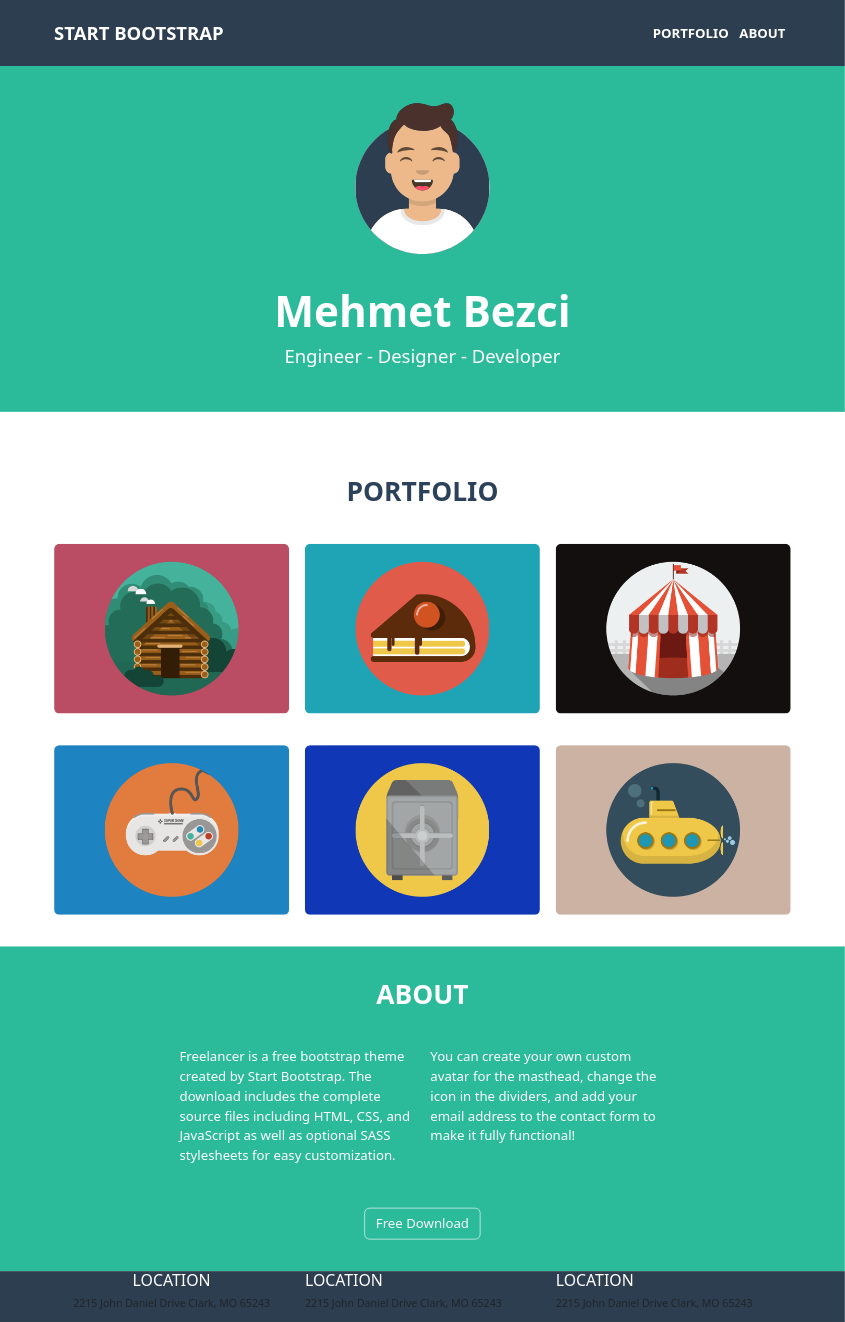
Repository: 7JaxeN7/WT-1255P-Mehmet_BEZC-
Page: index.html
An editor plug-in stored every save of this project. The page is shown before and after the next save, followed by the edit.
The browser window is 1280 px wide. The pictures show the whole page, at 66% of full size.

Above is the page before, as saved 2025-01-07 00:35:04.

### index.html
<!DOCTYPE html>
<html lang="tr">

<head>
  <meta charset="UTF-8">
  <meta name="viewport" content="width=device-width, initial-scale=1.0">
  <link rel="stylesheet" href="style.css">
  <link href="https://cdn.jsdelivr.net/npm/bootstrap@5.3.3/dist/css/bootstrap.min.css" rel="stylesheet"
    integrity="sha384-QWTKZyjpPEjISv5WaRU9OFeRpok6YctnYmDr5pNlyT2bRjXh0JMhjY6hW+ALEwIH" crossorigin="anonymous">
  <title>Start Bootstrap</title>
</head>

<body>
  <!-- Navbar -->
  <header>
    <nav class="navbar navbar-expand-lg navbar-bg">
      <div class="container pt-3 pb-3">
        <a class="navbar-brand text-white fw-bolder fs-3" href="#">START BOOTSTRAP</a>
        <button class="navbar-toggler" type="button" data-bs-toggle="collapse" data-bs-target="#navbarNav"
          aria-controls="navbarNav" aria-expanded="false" aria-label="Toggle navigation">
          <span class="navbar-toggler-icon"></span>
        </button>
        <div class="collapse navbar-collapse" id="navbarNav">
          <ul class="navbar-nav ms-auto">
            <li class="nav-item">
              <a class="nav-link text-white fw-bolder fs-5" href="#">PORTFOLIO</a>
            </li>
            <li class="nav-item">
              <a class="nav-link text-white fw-bolder fs-5" href="#">ABOUT</a>
            </li>
          </ul>
        </div>
      </div>
    </nav>
  </header>
  <!-- Herosection -->
  <div class="herosection-bg pt-5 pb-5">
    <div class="container text-center">
      <img src="/assets/img/avataaars.svg" width="20%" />
      <h1 class="mt-5 text-white fw-bolder display-3">Mehmet Bezci</h1>
      <p class="text-white fs-3">Engineer - Designer - Developer</p>
    </div>
  </div>
  <!-- Portfolio -->
  <div class="portfolio-section">
    <h2 class="text-center mt-5 pt-5 pb-5 fs-1 fw-semibold portfolio-tittle">PORTFOLIO</h2>
    <div class="container">
      <div class="row">
        <div class="col-12 col-md-6 col-lg-4 mb-5">
          <img src="/assets/img/cabin.png" class="img-fluid rounded-3">
        </div>
        <div class="col-12 col-md-6 col-lg-4 mb-5">
          <img src="/assets/img/cake.png" class="img-fluid rounded-3">
        </div>
        <div class="col-12 col-md-6 col-lg-4 mb-5">
          <img src="/assets/img/circus.png" class="img-fluid rounded-3">
        </div>
        <div class="col-12 col-md-6 col-lg-4 mb-5">
          <img src="/assets/img/game.png" class="img-fluid rounded-3">
        </div>
        <div class="col-12 col-md-6 col-lg-4 mb-5">
          <img src="/assets/img/safe.png" class="img-fluid rounded-3">
        </div>
        <div class="col-12 col-md-6 col-lg-4 mb-5">
          <img src="/assets/img/submarine.png" class="img-fluid rounded-3">
        </div>
      </div>
    </div>
  </div>
  <!-- About -->
  <div class="about-section">
    <div class="container">
      <h2 class="about-tittle fs-1 fw-semibold text-center pt-5 pb-5"> ABOUT</h2>
      <div class="row justify-content-center">
        <div class="col-lg-4 fs-5 text-white">
          <p>
            Freelancer is a free bootstrap theme created by Start Bootstrap. The download includes the complete source
            files including HTML, CSS, and JavaScript as well as optional SASS stylesheets for easy customization.
          </p>
        </div>
        <div class="col-lg-4 fs-5 text-white">
          <p>
            You can create your own custom avatar for the masthead, change the icon in the dividers, and add your email
            address to the contact form to make it fully functional!
          </p>
        </div>
      </div>
      <div class="d-flex justify-content-center">
        <button class="mt-5 mb-5 btn btn-outline-light btn-lg">Free Download</button>
      </div>
    </div>
  </div>
  <!-- Footer -->
  <footer>
    <div class="footer-section">
      <div class="container">
        <div class="row">
          <div class="col-lg-4 text-center">
            <h5 class="fs-4 text-white fs-4">LOCATION</h5>
            <p>
              2215 John Daniel Drive
              Clark, MO 65243
            </p>
          </div>
          <div class="col-lg-4">
            <h5 class="fs-4 text-white fs-4">LOCATION</h5>
            <p>
              2215 John Daniel Drive
              Clark, MO 65243
            </p>
          </div>
          <div class="col-lg-4">
            <h5 class="fs-4 text-white fs-4">LOCATION</h5>
            <p>
              2215 John Daniel Drive
              Clark, MO 65243
            </p>
          </div>
        </div>
      </div>
    </div>
  </footer>
  <!-- Burası bootstrap script kısmı -->
  <script src="https://cdn.jsdelivr.net/npm/bootstrap@5.3.3/dist/js/bootstrap.bundle.min.js"
    integrity="sha384-YvpcrYf0tY3lHB60NNkmXc5s9fDVZLESaAA55NDzOxhy9GkcIdslK1eN7N6jIeHz"
    crossorigin="anonymous"></script>
</body>

</html>

### style.css
.navbar-bg {
  background-color: #2d3e50 !important;
}
.herosection-bg{
    background-color: #2bbb9b ;
}
.portfolio-tittle{
    color: #2c425a;
}
.about-section{
    background-color: #2bbb9b ;
}
.about-tittle{
    color: #ffffff;
}
.footer-section{
    background-color: #2d3e50;
}

After the next save:
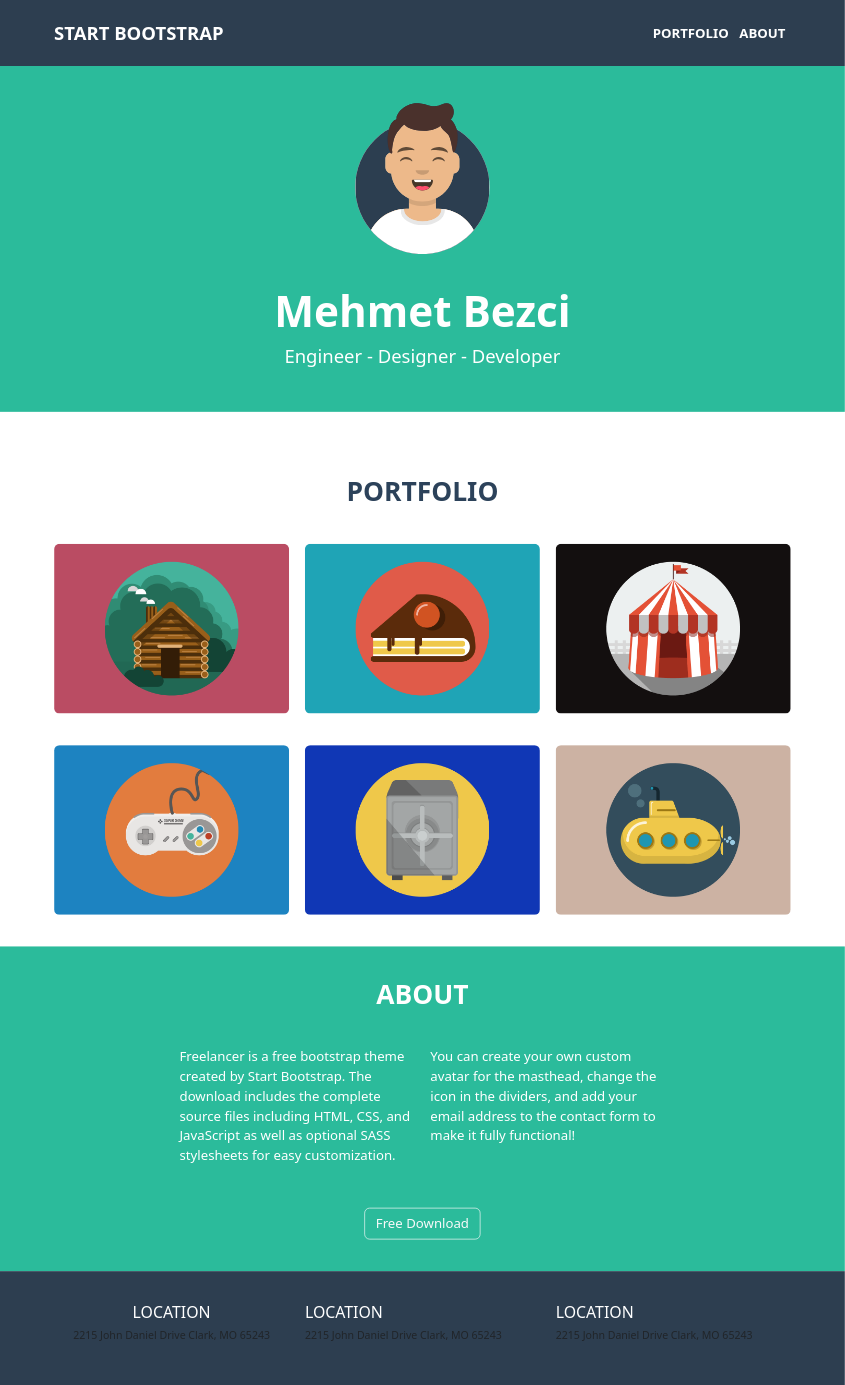
Saved 23 s later.
--- a/index.html
+++ b/index.html
@@ -92,7 +92,7 @@
   </div>
   <!-- Footer -->
   <footer>
-    <div class="footer-section">
+    <div class="footer-section pt-5 pb-5">
       <div class="container">
         <div class="row">
           <div class="col-lg-4 text-center">
